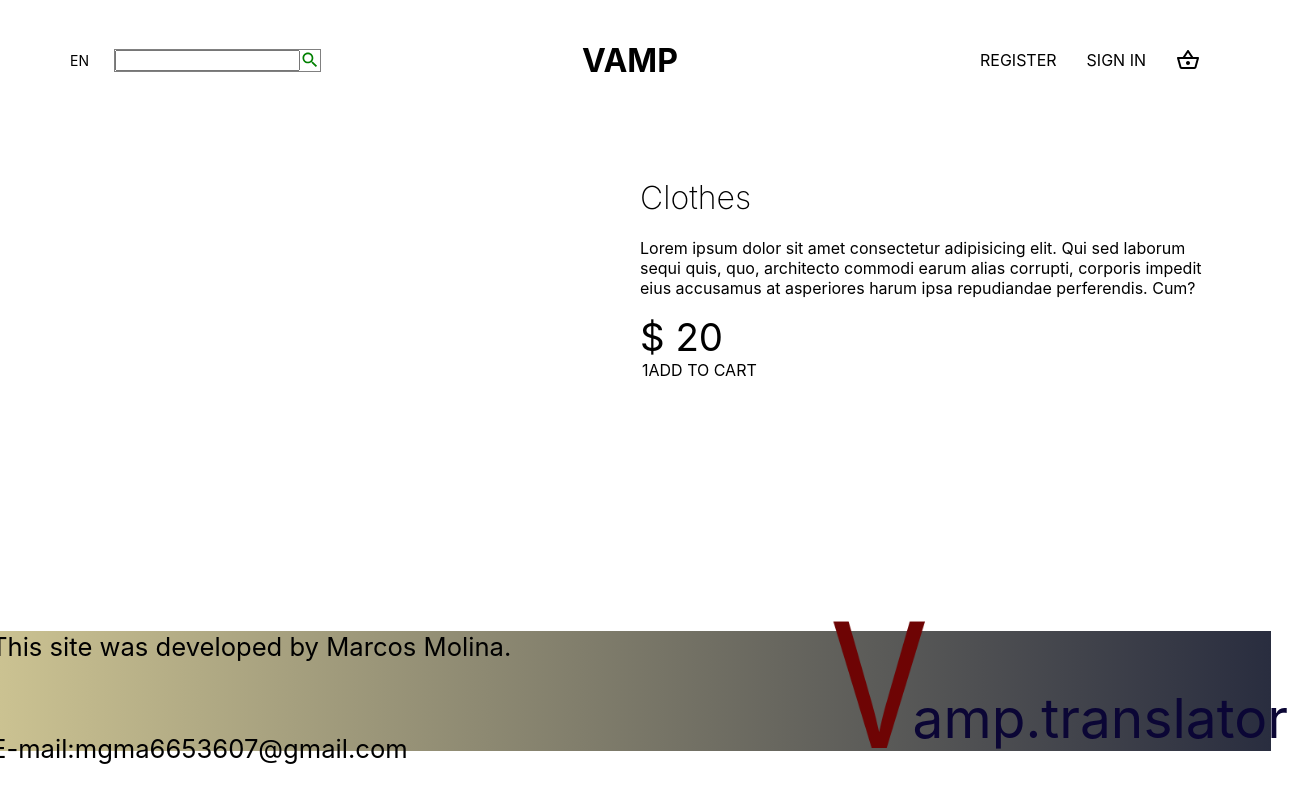
Repository: mgma2005/ecoeli
Page: /
An editor plug-in stored every save of this project. The page is shown before and after the next save, followed by the edit.
The browser window is 1280 px wide. The page is 1288 px wide, then 1311 px, so the pictures cover 1311 px, including what lies to the right of the window. The pictures show the part of the page from y = 173 to 979 px (the page is 979 px tall).
The project was rebuilt for these pictures with package versions that can differ from the ones it lists, and the page was loaded fresh each time. Also part of the build but not shown: src/App.css.

Above is the page before, as saved 2022-05-14 17:31:33.

### src/App.js

import './App.css';
//import Home from './pages/Home';
import React from 'react';
//import ProductList from './pages/ProductList';
import Product from './pages/Product';


function App() {
  return <Product />
}

export default App;

### src/pages/Product.jsx
import { Add } from "@material-ui/icons";
import { Remove } from "@material-ui/icons";
import styled from "styled-components";
//import Product from '../pages/Product';
import Announcement from "../Components/Announcement";
import Navbar from '../pages/Navbar';
import Footer from '../Components/Footer';




const Container = styled.div`
  padding: 50px;

`;

const Wrapper = styled.div`
  display: flex;
`;

const ImgContainer = styled.div`
  flex: 1;
`;

const Image = styled.div`
  width: 100%;
  height: 90vh;
  object-fit: cover;
`;

const InfoContainer = styled.div`
  flex: 1;
  padding: 0px 50 px;
`;

const Title = styled.h1`
  font-weight: 200;
  margin-top: 20%;
`;

const Desc = styled.p``;

const Price = styled.span`
  font-size: 3vw;
`;

const AddContainer = styled.option`
  display: flex;
  align-items: center;
  width: 50%;
  justify-content: space-between;
`;
const AmountContainer = styled.div`
  display: flex;
  align-items: center;
  font-weight: 700;
`;
const Amount = styled.span``;

const Button = styled.button``;





const Product = ({ item }) => {
  return (
    <Container>
        <Announcement/>
        <Navbar/>
        <Wrapper>
        <ImgContainer>
        <Image src="https://www.tactimex.com/wp-content/uploads/2018/11/Googles1.jpg"/>
        </ImgContainer>
        <InfoContainer>
          <Title>Clothes</Title>
          <Desc>Lorem ipsum dolor sit amet consectetur adipisicing elit. Qui sed laborum sequi quis, quo, architecto commodi earum alias corrupti, corporis impedit eius accusamus at asperiores harum ipsa repudiandae perferendis. Cum? </Desc>
          <Price>$ 20</Price>
          <AddContainer>

            <AmountContainer>
              <Remove/>
              <Amount>1</Amount>
              <Add/>
            </AmountContainer>
            <Button>ADD TO CART</Button>
          </AddContainer>
        </InfoContainer>
      </Wrapper>
      <Footer />
    </Container>
  );
};

export default Product;

### src/Components/Announcement.jsx
import styled from "styled-components";
import React from "react";

const Text = styled.div`
  font-size: 5vw;
  text-align: center;
  background-image: url("https://img.freepik.com/foto-gratis/bandera-argentina-sobre-fondo-blanco_532129-292.jpg?w=900");
  background-size: 20vw;
  background-repeat: no-repeat;
  background-position: center;



`

const P = styled.div`
  font-size: 3vw;
`


const Announcement = () => {
  return (
    <Text>
          Wellcome to Miss Argentina...
        <P>
          the most beautifull footwear ever!
        </P>
    </Text>
  )
}

export default Announcement

### src/pages/Navbar.jsx
import React from 'react';
import styled from 'styled-components';
import { Search, ShoppingBasketOutlined } from "@material-ui/icons";
import { Badge } from '@material-ui/core';



const Container = styled.div`
height: 60px;

`

const Wrapper = styled.div`
padding: 10px 20px;
display: flex;
align-items: center;
justify-content: space-between;

`

const Left = styled.div`
flex: 1;
display: flex;
align-items: center;
`

const Language = styled.span`
    font-size: 14px;
    cursor: pointer;
`

const SearchContainer = styled.div`
    border: 1px solid gray;
    display: flex;
    align-items: center;
    margin-left: 25px;
`

const Input = styled.input`
    border= none;
`
const Logo = styled.h1`
    font-weight: bold;
`


const Center = styled.div`
flex: 1;
text-align: center;
`
const Right = styled.div`
flex: 1;
display: flex;
align-items: center;
justify-content: flex-end;
`

const MenuItem = styled.div`
    font-size= 14px;
    cursor: pointer;
`

function Navbar() {
    return (
        <Container>
            <Wrapper>
            <Left>
               <Language>EN</Language>
               <SearchContainer>
                   <Input/>
                   <Search style={{color:"green", fontSize: 20}}/>
               </SearchContainer>
            </Left>
            <Center><Logo>VAMP</Logo></Center>
            <Right style={{padding: 5, margin: 5}}>
                <MenuItem>REGISTER</MenuItem>
                <MenuItem style={{padding: 30}}>SIGN IN</MenuItem>
                <MenuItem>
                <Badge badgecontent={4} color="primary">
                    <ShoppingBasketOutlined/>
                </Badge>
                </MenuItem>

            </Right>
            </Wrapper>
        </Container>
    );
}

export default Navbar;

### src/Components/Footer.jsx
import React from 'react';
import '../style.css';

  function Footer() {
	return (
		<div className="row">
			<div className="cont2">
				<div className="thissite">This site was developed by Marcos Molina.</div>
				<div className="email">E-mail:mgma6653607@gmail.com</div>
				<div className="col-6">
					<div className="V">V</div>
					<div className="ampi">amp.translator</div>
				</div>
			</div>
		</div>
	);
}

export default Footer;

### src/style.css
.cont2{
    margin: -5%;
    width: 100vw;
    height: auto;
    background: linear-gradient(to right, rgb(204, 195, 146),rgb(41, 45, 63));

}

.thissite{
    font-size: 2vw;
    width: 70vw;

    margin-top: -6%;

}

.email{
    font-size: 2vw;
    align-content: center;
    margin-top: 5.5%;

}

.V{

        color: rgb(110, 4, 4);
        font-family: Courier;
        font-size: 15vw;
        margin-left: 64%;
        margin-top: -13.7%;



        animation-name: vamp;
        animation-timing-function: linear;
        animation-duration: 4s;
        -webkit-transform-origin-x: 5vw;
        animation-iteration-count: infinite;
    }
    @keyframes vamp{
        from{transform: rotateY(0deg);}
        to{transform: rotateY(360deg);}
    }


.ampi{
    font-size: 4.3vw;
    margin-left: 72%;
    margin-top: -9.5%;
    color: rgb(11, 6, 53);



}

Loaded but not shown: public/index.html (common file); src/index.js (common file); src/index.css (common file); src/reportWebVitals.js (common file)

After the next save:
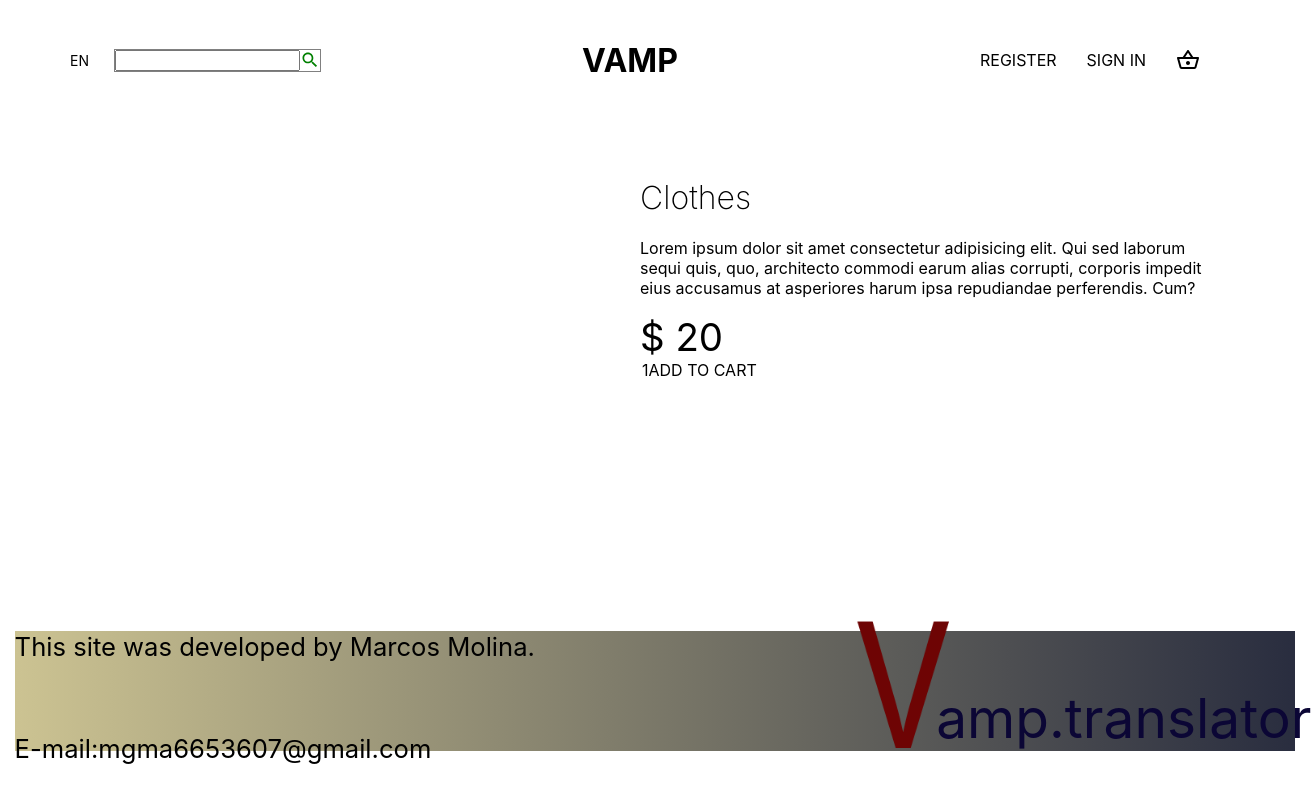
Saved 6 s later.
--- a/src/style.css
+++ b/src/style.css
@@ -1,5 +1,5 @@
 .cont2{
-    margin: -5%;
+    margin: -3%;
     width: 100vw;
     height: auto;
     background: linear-gradient(to right, rgb(204, 195, 146),rgb(41, 45, 63));
